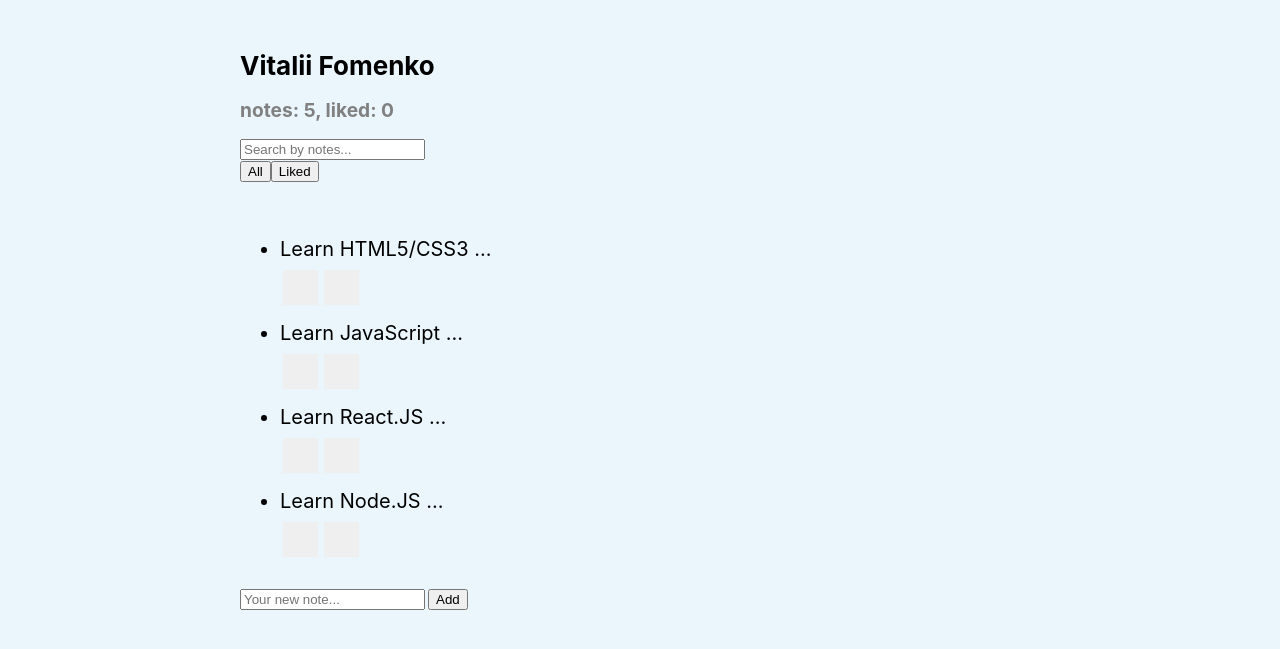
Repository: vitfomenko/react-notes-app
Page: /
These files come from the project's save history. The page is drawn as it stood at one moment and after the next save; the edit follows.
The browser window is 1280 px wide. The pictures show the whole page.
The project was rebuilt for these pictures with package versions that can differ from the ones it lists, and the page was loaded fresh each time.

Above is the page before, as saved 2021-01-05 11:43:40.

### src/components/app/app.js
import React from 'react';

import AppHeader from '../app-header';
import SearchPanel from '../search-panel';
import PostStatusFilter from '../post-status-filter';
import PostList from '../post-list';
import PostAddForm from '../post-add-form';

import './app.css';

const App = () => {

    const data = [
        {label: 'Learn HTML5/CSS3 ...', important: false},
        {label: 'Learn JavaScript ...', important: false},
        {label: 'Learn React.JS ...', important: true},
        {label: 'Learn HNode.JS ...', important: false}
    ];

    return(
        <div className="app">
            <AppHeader />
            <div className="search-panel d-flex">
                <SearchPanel />
                <PostStatusFilter />
            </div>
            <PostList posts={data} />
            <PostAddForm />
        </div>
    )
}

export default App;

### src/components/app-header/app-header.js
import React from 'react';

import './app-header.css';

const AppHeader = () => {
    return (
        <div className="app-header d-flex">
            <h1>Vitalii Fomenko</h1>
            <h2>notes: 5, liked: 0</h2>
        </div>
    )
}

export default AppHeader;

### src/components/search-panel/search-panel.js
import React from 'react';

import './search-panel.css';

const SearchPanel = () => {
    return (
        <input
            className="form-control search-input"
            type="text"
            placeholder="Search by notes..."
        />
    )
}

export default SearchPanel;

### src/components/post-status-filter/post-status-filter.js
import React from 'react';

import './post-status-filter.css';

const PostStatusFilter = () => {
    return (
        <div className="btn-group">
            <button type="button" className="btn btn-info">All</button>
            <button type="button" className="btn btn-outline-secondary">Liked</button>
        </div>
    )
}

export default PostStatusFilter;

### src/components/post-list/post-list.js
import React from 'react';

import PostListItem from '../post-list-item';

import './post-list.css';

const PostList = ({posts}) => {
    return (
        <ul className="app-list list-group">
            <PostListItem label={posts[0].label} important={posts[0].important} />
            <PostListItem label='Learn JavaScript ...' />
            <PostListItem label='Learn React.JS ...' />
            <PostListItem label='Learn Node.JS ...' />
        </ul>
    )
}

export default PostList;

### src/components/post-add-form/post-add-form.js
import React from 'react';

import './post-add-form.css';

const PostAddForm = () => {
    return (
        <form className="bottom-panel d-flex">
            <input
                type="text"
                placeholder="Your new note..."
                className="form-control new-post-label"
            />
            <button
                type="submit"
                className="btn btn-outline-secondary"
            >
                Add
            </button>

        </form>
    )
}

export default PostAddForm;

### src/components/post-list-item/post-list-item.js
import React from 'react';

import './post-list-item.css';

const PostListItem = ({label, important = false}) => {

    let classNames = 'app-list-item d-flex justify-content-between';

    if (important) {
        classNames += ' important';
    }

    return (
        <li className={classNames}>
            <span className="app-list-item-label">
                {label}
            </span>
            <div className="d-flex justify-content-center align-items-center">
                <button type="button" className="btn-star btn-sm">
                    <i className="fa fa-star"></i>
                </button>
                <button type="button" className="btn-trash btn-sm">
                    <i className="fa fa-trash-o"></i>
                </button>
                <i className="fa fa-heart"></i>
            </div>
        </li>
    )
}

export default PostListItem;

### src/components/post-list-item/post-list-item.css
.app-list-item {
  font-size: 1.25rem;
}

.app-list-item button {
  width: 35px;
  height: 35px;
  margin: 3px;
  font-size: 17px;
  border: none;
  cursor: pointer;
}
.app-list-item button:focus {
    box-shadow: none;
    outline: none;
}
.app-list-item .btn-star {
    color: #FFD700;
}
.app-list-item .btn-trash {
    color: red;
}
.app-list-item .fa-heart {
    width: 35px;
    height: 35px;
    text-align: center;
    line-height: 35px;
    font-size: 16px;
    color: red;
    transition: 0.3s all;
    transform: translateX(30px);
    opacity: 0;
}

.app-list-item-label {
  display: block;
  line-height: 35px;
  cursor: pointer;
  user-select: none;
  transition: 0.5s all;
}

.app-list-item.like .fa-heart {
    opacity: 1;
    transform: translateX(0px);
}

.app-list-item.important .app-list-item-label {
  color: #FFD700;
}

.app-list-item.important .btn-star {
    color: #aeaeae;
}

Loaded but not shown: src/index.js (common file); src/index.css (common file); src/components/app/index.js (common file); src/components/app-header/index.js (common file); src/components/search-panel/index.js (common file); src/components/post-status-filter/index.js (common file); src/components/post-list/index.js (common file); src/components/post-add-form/index.js (common file); src/components/app/app.css (common file); src/components/app-header/app-header.css (common file); src/components/search-panel/search-panel.css (common file); src/components/post-list-item/index.js (common file); src/components/post-list/post-list.css (common file); src/components/post-add-form/post-add-form.css (common file); src/components/post-status-filter/post-status-filter.css (no stored copy; drawn as an empty file)

After the next save:
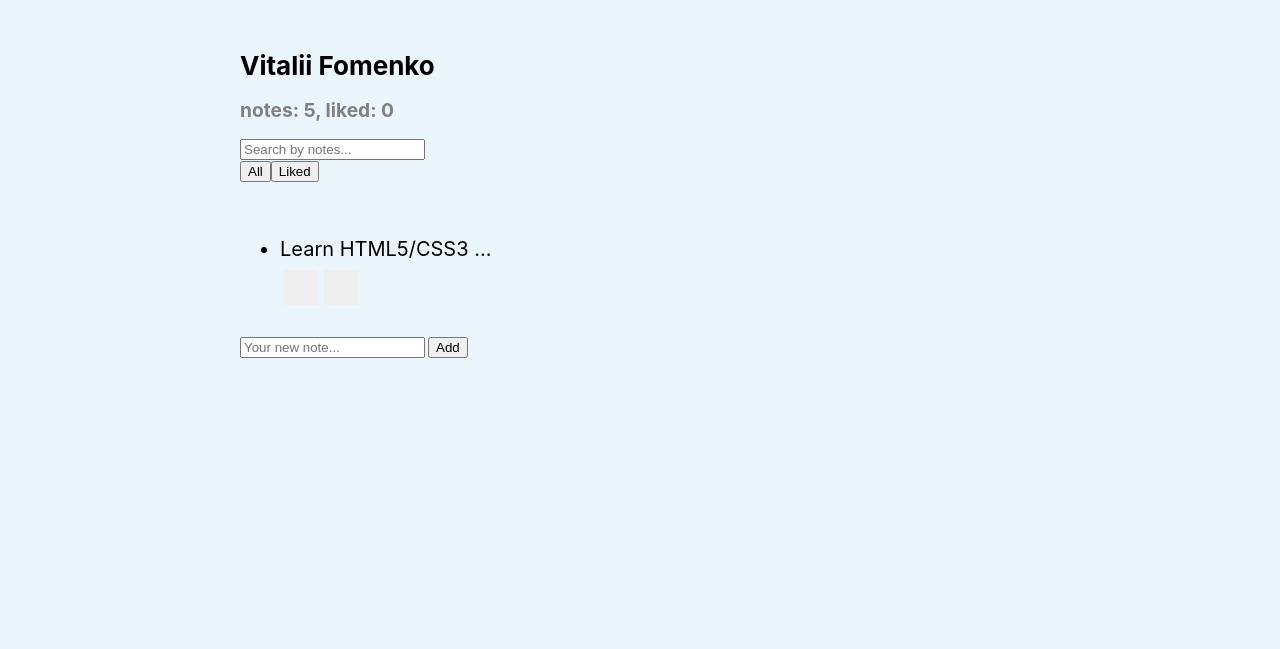
Saved 58 s later.
--- a/src/components/post-list/post-list.js
+++ b/src/components/post-list/post-list.js
@@ -8,9 +8,9 @@
     return (
         <ul className="app-list list-group">
             <PostListItem label={posts[0].label} important={posts[0].important} />
-            <PostListItem label='Learn JavaScript ...' />
+            {/* <PostListItem label='Learn JavaScript ...' />
             <PostListItem label='Learn React.JS ...' />
-            <PostListItem label='Learn Node.JS ...' />
+            <PostListItem label='Learn Node.JS ...' /> */}
         </ul>
     )
 }

After the 2 saves that followed:
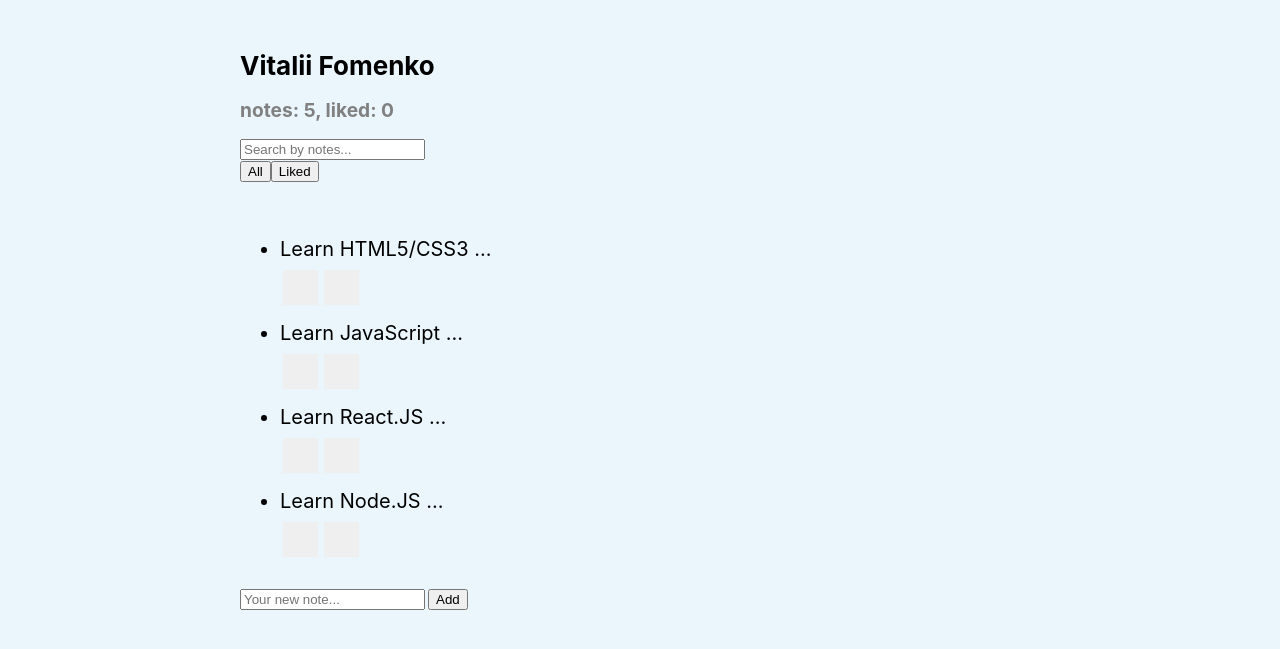
The 2 saves are shown as one change because they came seconds apart.
The last was saved 35 s later.
--- a/src/components/post-list/post-list.js
+++ b/src/components/post-list/post-list.js
@@ -5,12 +5,13 @@
 import './post-list.css';
 
 const PostList = ({posts}) => {
+
     return (
         <ul className="app-list list-group">
             <PostListItem label={posts[0].label} important={posts[0].important} />
-            {/* <PostListItem label='Learn JavaScript ...' />
+            <PostListItem label='Learn JavaScript ...' />
             <PostListItem label='Learn React.JS ...' />
-            <PostListItem label='Learn Node.JS ...' /> */}
+            <PostListItem label='Learn Node.JS ...' />
         </ul>
     )
 }
